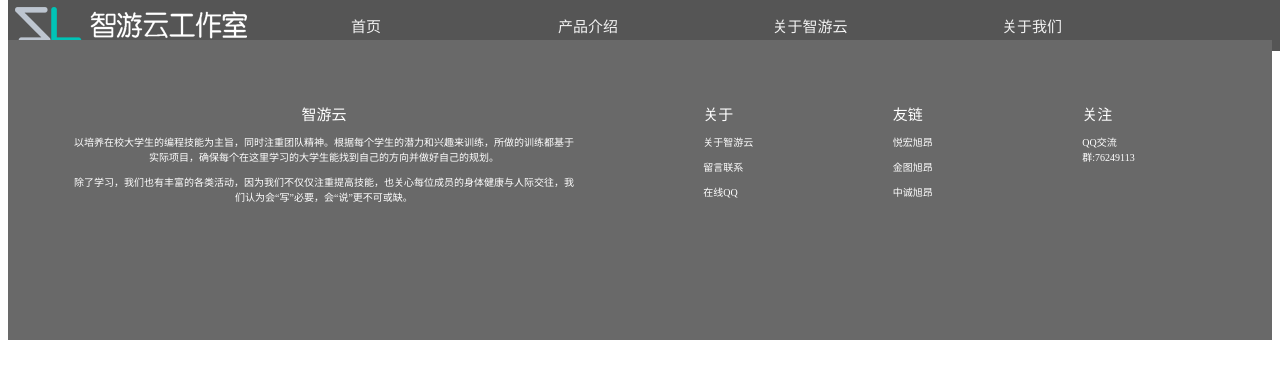
Repository: dakai1234/webTest
Page: 智游云1/product/product.html
These files come from the project's save history. The page is drawn as it stood at one moment and after the next save; the edit follows.
The browser window is 1280 px wide. The pictures show the whole page.

Above is the page before, as saved 2021-04-10 07:33:08.

After the next save:
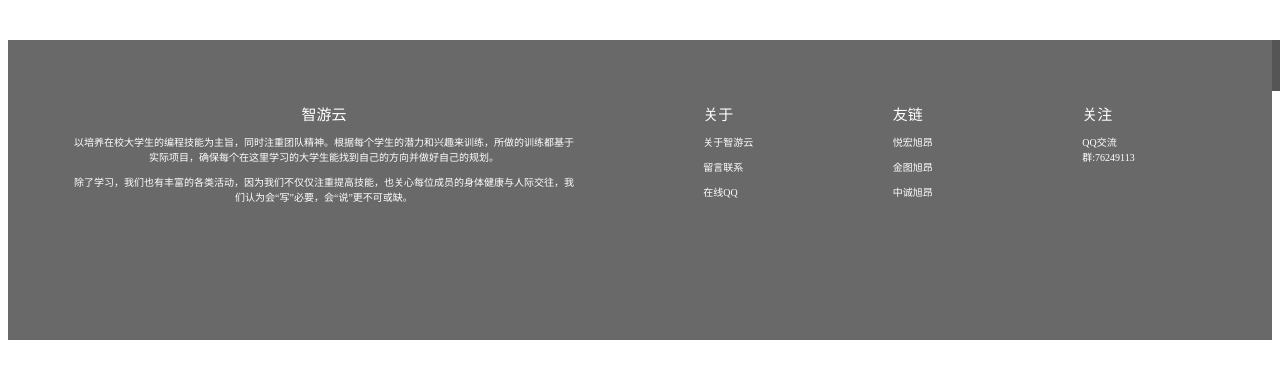
Saved 39 s later.
--- a/智游云1/headerCss/header.css
+++ b/智游云1/headerCss/header.css
@@ -3,7 +3,6 @@
     width: 100%;
     overflow: auto;
     position: fixed;
-    top: 0%;
 }
 
 .header a {

After the save that followed:
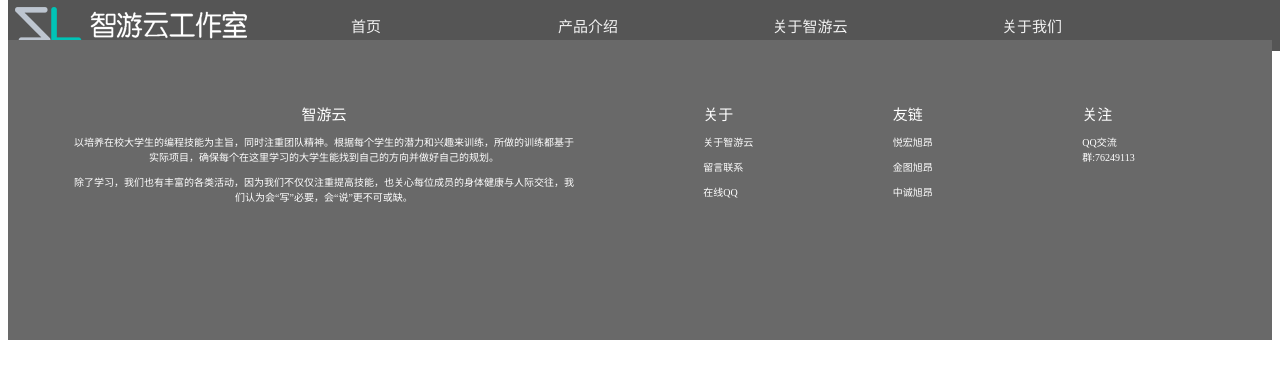
Saved 23 s later.
--- a/智游云1/headerCss/header.css
+++ b/智游云1/headerCss/header.css
@@ -3,6 +3,7 @@
     width: 100%;
     overflow: auto;
     position: fixed;
+    top: 0;
 }
 
 .header a {
